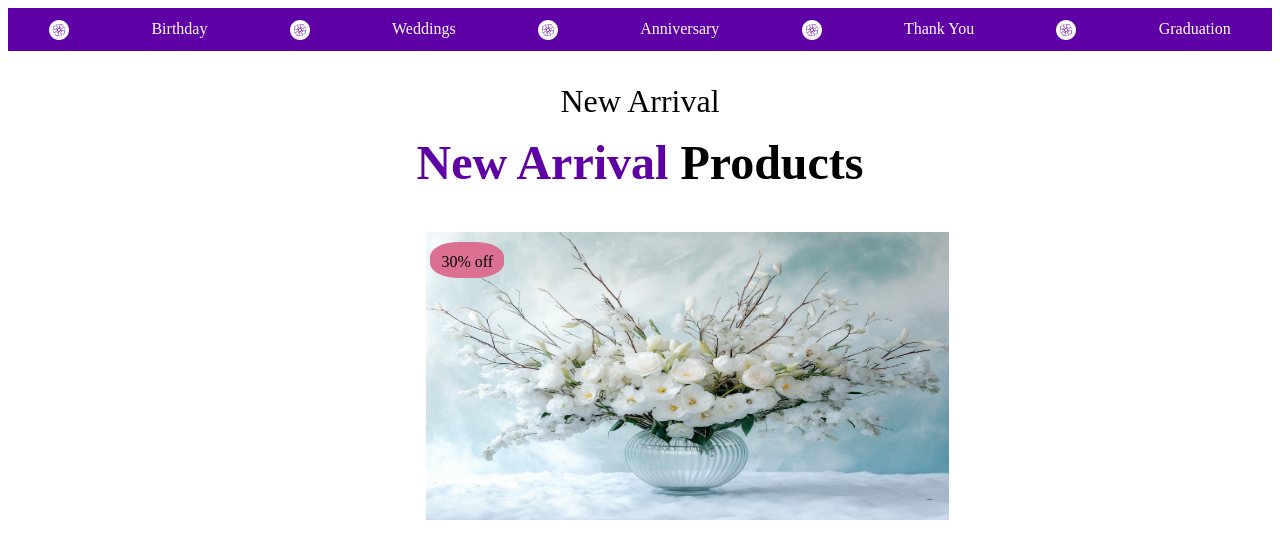
Repository: KolawoleTemilade/classroom-learning
Page: newarrival/index.html
The author's editor kept a copy of each file at every save. The page is drawn from the files as they stood at one save, then again after the next save.
The browser window is 1280 px wide. The pictures show the whole page.

Above is the page before, as saved 2025-10-01 21:31:05.

### newarrival/index.html
<!DOCTYPE html>
<html lang="en">
  <head>
    <meta charset="UTF-8" />
    <meta name="viewport" content="width=h, initial-scale=1.0" />
    <title>new arrival</title>
    <link rel="stylesheet" href="style.css" />
  </head>
  <body>
    <section class="new-arrival-sect">
      <div class="marq-sect">
        <div class="marque">
          <img
            src="../newarrival/images/icons/marqueflower.png"
            alt="flower-icon"
            width="20"
            height="20"
          />
          <span>birthday</span>
          <img
            src="../newarrival/images/icons/marqueflower.png"
            alt="flower-icon"
            width="20"
            height="20"
          />
          <span>weddings</span>
          <img
            src="../newarrival/images/icons/marqueflower.png"
            alt="flower-icon"
            width="20"
            height="20"
          />
          <span>anniversary</span>
          <img
            src="../newarrival/images/icons/marqueflower.png"
            alt="flower-icon"
            width="20"
            height="20"
          />
          <span>thank you</span>
          <img
            src="../newarrival/images/icons/marqueflower.png"
            alt="flower-icon"
            width="20"
            height="20"
          />
          <span>graduation</span>
        </div>
      </div>
      <div class="new-arrival">
        <div class="new-arrival-title">
          <p class="title1">
            new arrival
            <span class="title2">new arrival <span class="product-title">products</span></span>
          </p>
        </div>
        <div class="new-arrival-product-card">
          <div class="product-card">
            <div class="img-sect">
              <img src="./images/new-arrival/flower1.png" alt="flower1" width="200" height="2 ,8>00" />
              <div class="absolute-container">
                <p class="slash">30% off</p>
              </div>
            </div>
            <div class="text-sect"></div>
          </div>
        </div>
      </div>
    </section>
  </body>
</html>

### newarrival/style.css
.new-arrival-sect{
    display: flex;
    flex-direction: column;
    align-items: center;
    justify-content: center;
}

.marq-sect{
    background-color: #5E00A6;
    height:6vh;
    width: 100%;
    align-content: center;
}
.marque {
    display: flex;
    align-content: center;
    justify-content:space-around ;
}
.marque > span {
    text-transform: capitalize;
    color: white;
}
.title1{
    font-size: 2rem;
    display: flex;
    flex-direction: column;
    align-items: center;
    justify-content: center;
    gap: 15px;
    text-transform: capitalize;
}
.title2 {
    font-size: 3rem;
    color: #5E00A6;
    font-weight: 700;
}
.product-title{
    color: black;
    font-size: 3rem;
    font-weight: 700;
}

.product-card {
    display: flex;
    padding: 10px;
    background: white;
}
.img-sect {
    position: relative;

}
.img-sect >img{
    width: 150%;
    height: 40vh;
}
.absolute-container > p{
    /* width: 100%; */
}
.slash {
    position: absolute;
    top: 2%;
    background: palevioletred;
    padding: 10px;
    margin: 4px;
    height: 2vh;
    border: 1px solid transparent;
    border-radius: 40%;
}

After the next save:
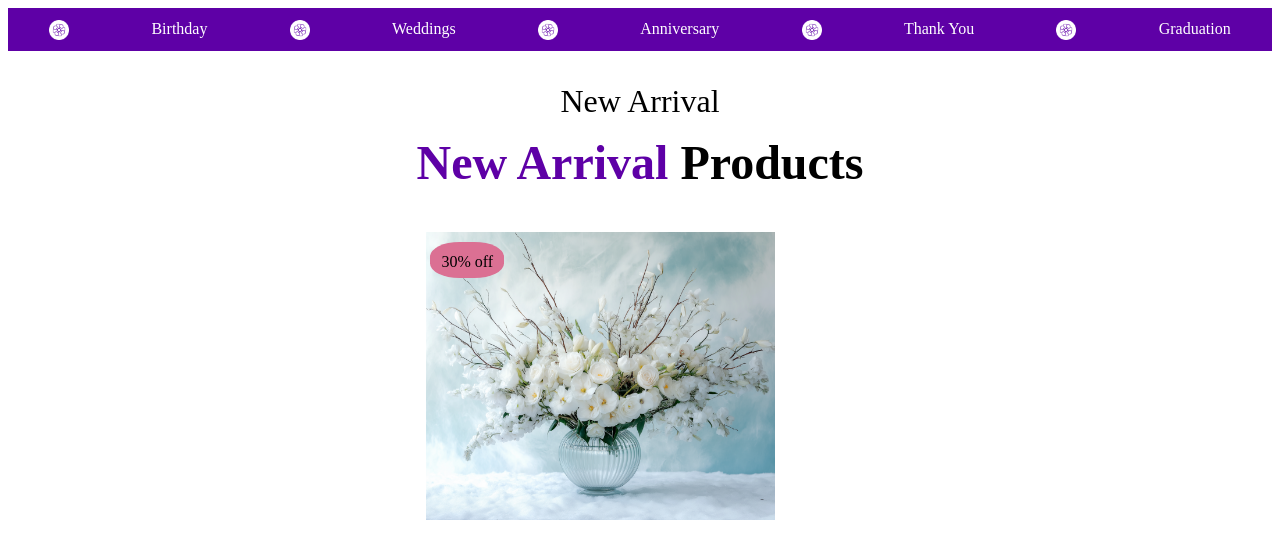
Saved 17 s later.
--- a/newarrival/style.css
+++ b/newarrival/style.css
@@ -50,7 +50,7 @@
 
 }
 .img-sect >img{
-    width: 150%;
+    width: 100%;
     height: 40vh;
 }
 .absolute-container > p{
